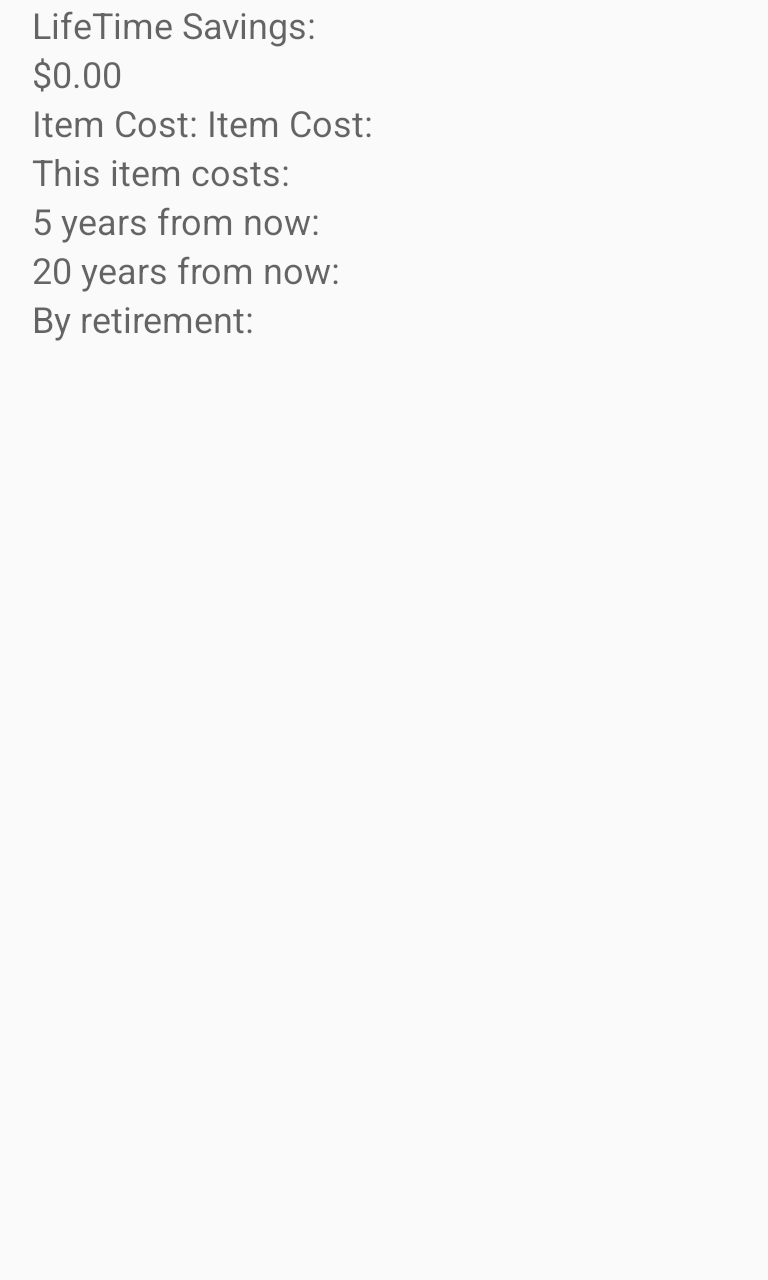
Repository: aallev11/saveit
Layout: ShouldISaveIt/res/layout/lifetimevalue.xml
An editor plug-in stored every save of this project. The layout is shown before and after the next save, followed by the edit.
It is drawn on a 768 x 1280 px phone screen (xhdpi) without system bars, with theme AppTheme; the app's code is not run.

Above is the layout before, as saved 2014-03-30 12:48:01.

### ShouldISaveIt/res/layout/lifetimevalue.xml
<?xml version="1.0" encoding="utf-8"?>
<FrameLayout xmlns:android="http://schemas.android.com/apk/res/android"
    android:layout_width="match_parent"
    android:layout_height="match_parent" >

    <LinearLayout
        android:layout_width="fill_parent"
        android:layout_height="fill_parent"
        android:orientation="vertical"
        android:paddingLeft="16dp"
        android:paddingRight="16dp" >

        <TextView
            android:layout_width="wrap_content"
            android:layout_height="wrap_content"
            android:text="LifeTime Savings: "
            android:textAppearance="?android:attr/textAppearanceMedium" />

        <TextView
                android:id="@+id/lifeTimeSavings"
                android:layout_width="wrap_content"
                android:layout_height="wrap_content"
                android:text="$0.00"
                android:textAppearance="?android:attr/textAppearanceMedium" />


        <LinearLayout
            android:layout_width="fill_parent"
            android:layout_height="wrap_content"
            android:orientation="horizontal" >

            <TextView
                android:id="@+id/itemCost"
                android:layout_width="wrap_content"
                android:layout_height="wrap_content"
                android:text="Item Cost: "
                android:textAppearance="?android:attr/textAppearanceMedium" />
            <TextView
                android:id="@+id/itemCost"
                android:layout_width="wrap_content"
                android:layout_height="wrap_content"
                android:text="Item Cost: "
                android:textAppearance="?android:attr/textAppearanceMedium" />


        </LinearLayout>

        <TextView
            android:layout_width="fill_parent"
            android:layout_height="wrap_content"
            android:text="This item costs:  "
            android:textAppearance="?android:attr/textAppearanceMedium" />

        <LinearLayout
            android:layout_width="fill_parent"
            android:layout_height="wrap_content"
            android:orientation="horizontal" >

            <TextView
                android:layout_width="wrap_content"
                android:layout_height="wrap_content"
                android:text="5 years from now:  "
                android:textAppearance="?android:attr/textAppearanceMedium" />

            <TextView
                android:id="@+id/edit5years"
                android:layout_width="match_parent"
                android:layout_height="wrap_content"
                android:ems="10"
                android:width="40dp" >
            </TextView>
        </LinearLayout>

        <LinearLayout
            android:layout_width="fill_parent"
            android:layout_height="wrap_content"
            android:orientation="horizontal" >

            <TextView
                android:layout_width="wrap_content"
                android:layout_height="wrap_content"
                android:text="20 years from now:  "
                android:textAppearance="?android:attr/textAppearanceMedium" />

            <TextView
                android:id="@+id/edit20years"
                android:layout_width="match_parent"
                android:layout_height="wrap_content"
                android:ems="10"
                android:width="40dp" >
            </TextView>
        </LinearLayout>

        <LinearLayout
            android:layout_width="fill_parent"
            android:layout_height="wrap_content"
            android:orientation="horizontal" >

            <TextView
                android:layout_width="wrap_content"
                android:layout_height="wrap_content"
                android:text="By retirement:  "
                android:textAppearance="?android:attr/textAppearanceMedium" />

            <TextView
                android:id="@+id/editByRetirement"
                android:layout_width="match_parent"
                android:layout_height="wrap_content"
                android:ems="10"
                android:width="40dp" >
            </TextView>
        </LinearLayout>
    </LinearLayout>

</FrameLayout>

Loaded but not shown: ShouldISaveIt/res/values/styles.xml (common file); ShouldISaveIt/res/values-v11/styles.xml (common file); ShouldISaveIt/res/values-v14/styles.xml (common file)

After the next save:
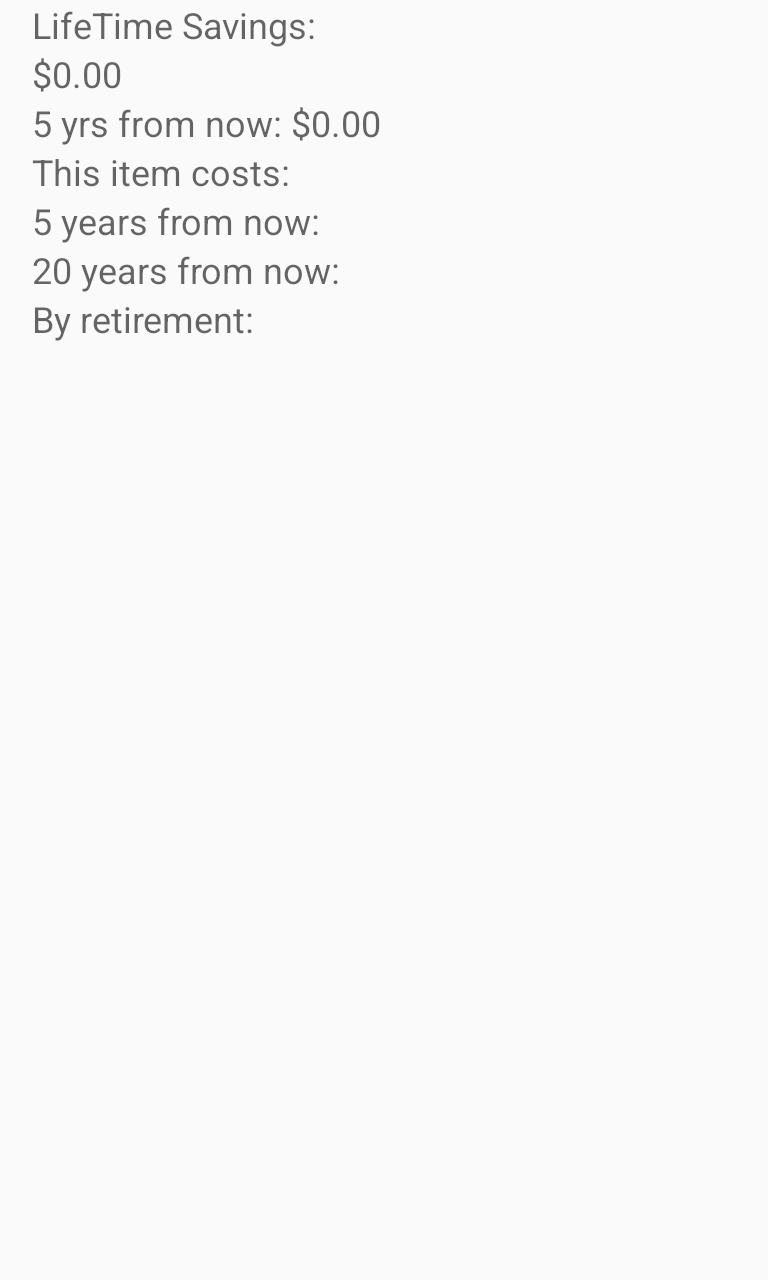
Saved 37 s later.
--- a/ShouldISaveIt/res/layout/lifetimevalue.xml
+++ b/ShouldISaveIt/res/layout/lifetimevalue.xml
@@ -30,16 +30,15 @@
             android:orientation="horizontal" >
 
             <TextView
-                android:id="@+id/itemCost"
                 android:layout_width="wrap_content"
                 android:layout_height="wrap_content"
-                android:text="Item Cost: "
+                android:text="5 yrs from now: "
                 android:textAppearance="?android:attr/textAppearanceMedium" />
             <TextView
-                android:id="@+id/itemCost"
+                android:id="@+id/fiveYrsLifetimeSavings"
                 android:layout_width="wrap_content"
                 android:layout_height="wrap_content"
-                android:text="Item Cost: "
+                android:text="$0.00"
                 android:textAppearance="?android:attr/textAppearanceMedium" />
 
 
